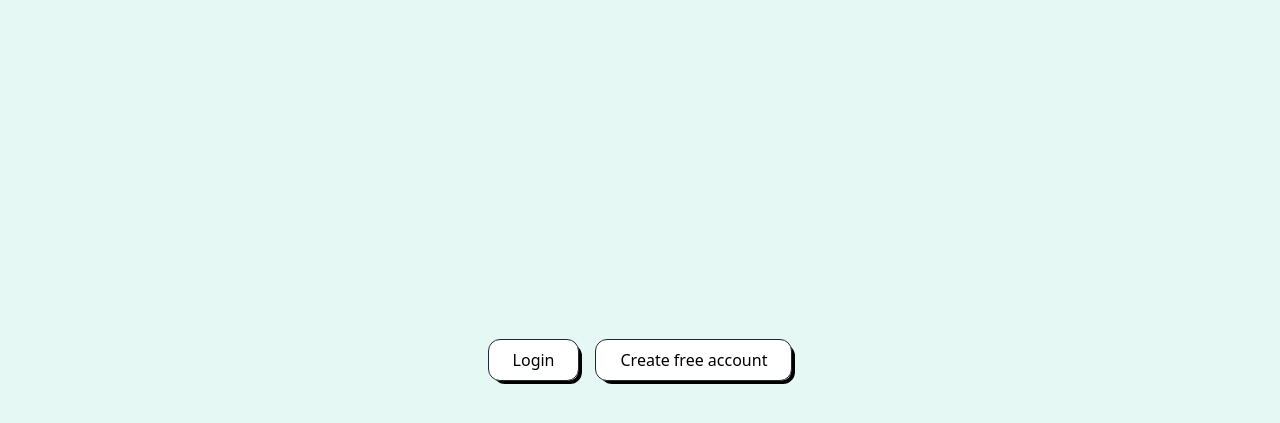
Repository: trusha97/postpilot
Page: button.html
An editor plug-in stored every save of this project. The page is shown before and after the next save, followed by the edit.
The browser window is 1280 px wide. The pictures show the whole page.
Some web libraries are served in a nearby version.

Above is the page before, as saved 2025-05-18 18:06:10.

After the next save:
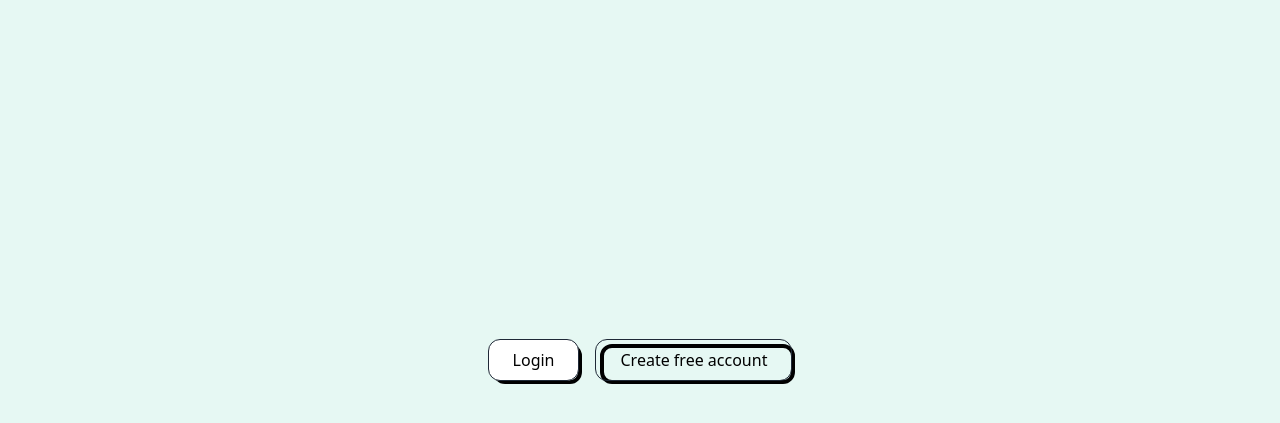
Saved 24 s later.
--- a/button.html
+++ b/button.html
@@ -16,7 +16,7 @@
       Login
     </button>
 
-    <button class="relative text-black font-medium border border-gray-800 bg-white px-6 py-2 rounded-xl">
+    <button class="relative text-black font-medium border border-gray-800 bg-orange px-6 py-2 rounded-xl">
       <span class="absolute inset-0 rounded-xl border-4 border-black translate-x-1 translate-y-1 -z-10"></span>
       Create free account
     </button>

After the 2 saves that followed:
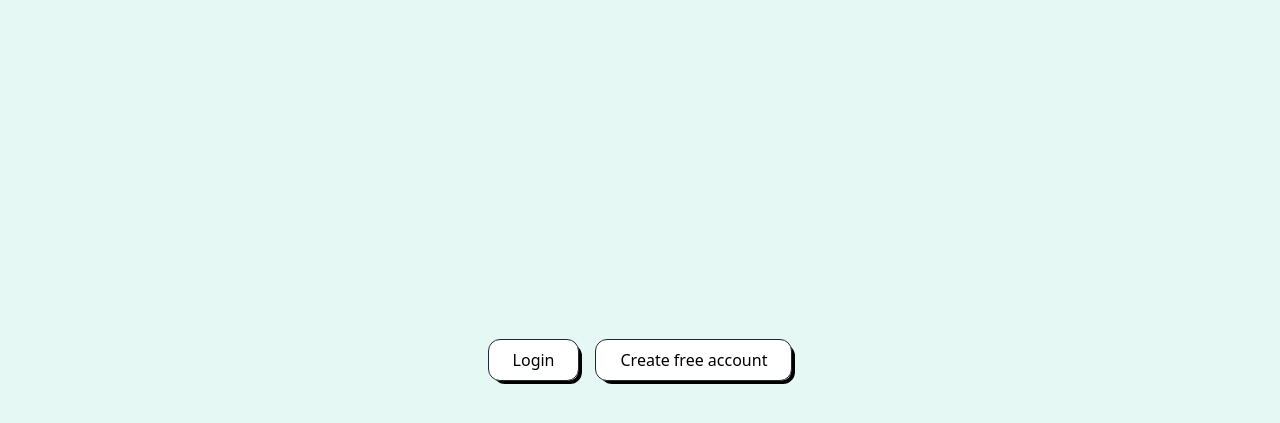
The 2 saves are shown as one change because they came seconds apart.
The last was saved 14 s later.
--- a/button.html
+++ b/button.html
@@ -16,7 +16,7 @@
       Login
     </button>
 
-    <button class="relative text-black font-medium border border-gray-800 bg-orange px-6 py-2 rounded-xl">
+    <button class="relative text-black font-medium border border-gray-800 bg-white px-6 py-2 rounded-xl">
       <span class="absolute inset-0 rounded-xl border-4 border-black translate-x-1 translate-y-1 -z-10"></span>
       Create free account
     </button>
